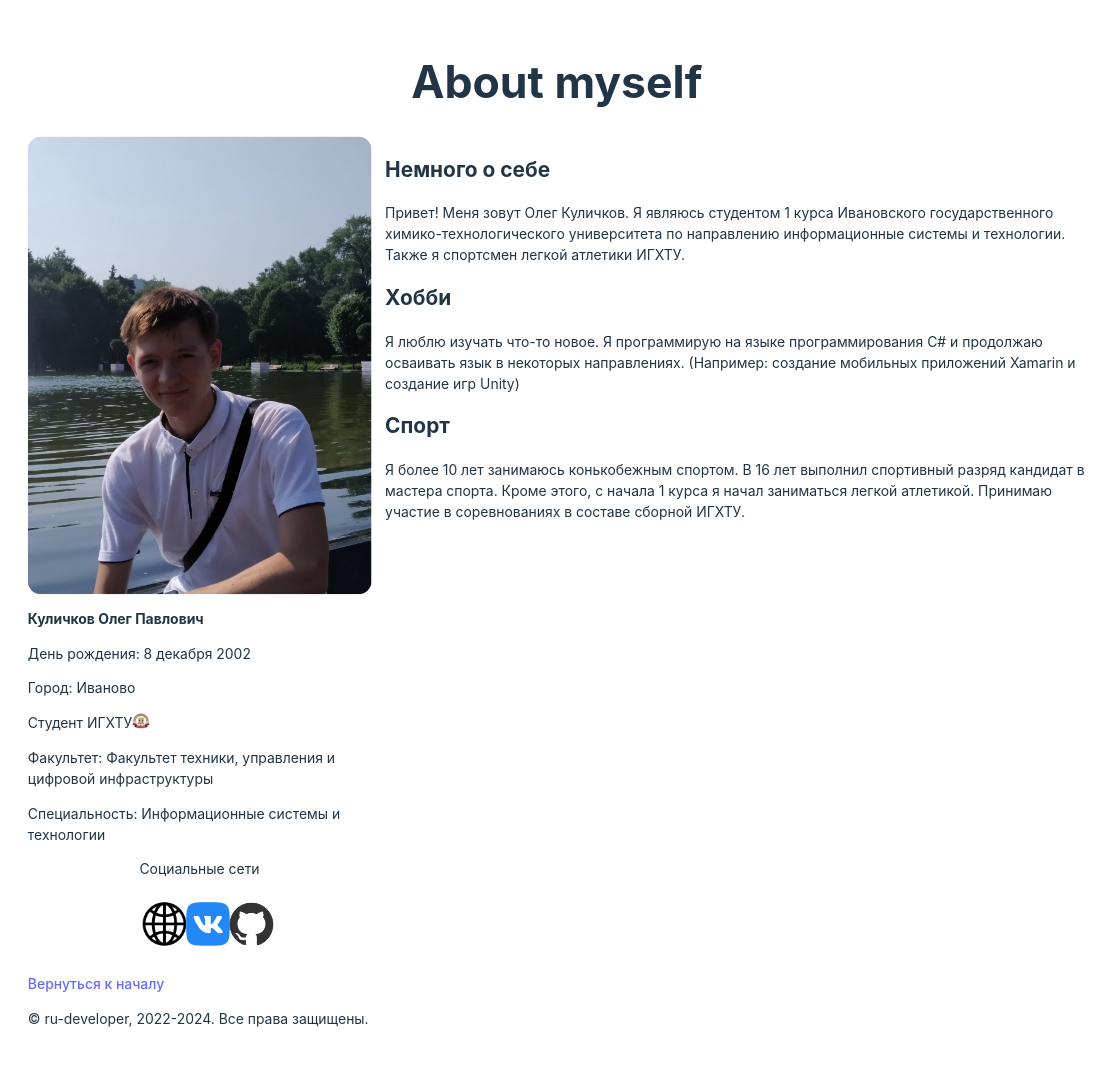
Repository: HubOl01/my_profile
Page: /
An editor plug-in stored every save of this project. The page is shown before and after the next save, followed by the edit.
The browser window is 1280 px wide. The pictures show the whole page, at 87% of full size.
The project was rebuilt for these pictures with package versions that can differ from the ones it lists, and the page was loaded fresh each time. Also part of the build but not shown: vite.config.ts.

Above is the page before, as saved 2024-03-06 08:44:35.

### src/App.tsx
import { Grid } from '@mui/material'
import './App.css'
import Common from './components/center/Common'
import Footer from './components/footer/Footer'
import Header from './components/header/Header'
import LeftBar from './components/left/LeftBar'


function App() {

  return (
    <>
      <Header />
      <Grid container spacing={2}>
        <Grid item xs={4}>
          <LeftBar />
        </Grid>
        <Grid item xs>
          <Common />
        </Grid>
      </Grid>
      <Footer />
    </>
  )
}

export default App

### src/App.css
#root {
  max-width: 1280px;
  margin: 0 auto;
  padding: 2rem;
  /* text-align: center; */
}
.logo:hover {
  filter: drop-shadow(0 0 2em #646cffaa);
}
.logo.react:hover {
  filter: drop-shadow(0 0 2em #61dafbaa);
}

@keyframes logo-spin {
  from {
    transform: rotate(0deg);
  }
  to {
    transform: rotate(360deg);
  }
}

@media (prefers-reduced-motion: no-preference) {
  a:nth-of-type(2) .logo {
    animation: logo-spin infinite 20s linear;
  }
}

.card {
  padding: 2em;
}

.read-the-docs {
  color: #888;
}

### src/components/center/Common.tsx
import React from 'react'

export default function Common() {
  return (
    <div className="Text">
      <h2>Немного о себе</h2>
      <p>
        Привет! Меня зовут Олег Куличков. Я являюсь студентом 1 курса
        Ивановского государственного химико-технологического университета по
        направлению информационные системы и технологии. Также я спортсмен
        легкой атлетики ИГХТУ.
      </p>
      <h2>Хобби</h2>
      <p>
        Я люблю изучать что-то новое. Я программирую на языке программирования
        C# и продолжаю осваивать язык в некоторых направлениях. (Например:
        создание мобильных приложений Xamarin и создание игр Unity)
      </p>
      <h2>Спорт</h2>
      <p>
        Я более 10 лет занимаюсь конькобежным спортом. В 16 лет выполнил
        спортивный разряд кандидат в мастера спорта. Кроме этого, с начала 1
        курса я начал заниматься легкой атлетикой. Принимаю участие в
        соревнованиях в составе сборной ИГХТУ.
      </p>
    </div>
  )
}

### src/components/footer/Footer.tsx
import React from 'react'

export default function Footer() {
  return (
    <footer className="text-muted">
    <div className="container">
      <p className="float-right">
        <a href="#">Вернуться к началу</a>
      </p>
      <p className="footer-text">© ru-developer, 2022-{(new Date()).getFullYear()}. Все права защищены.</p>
    </div>
  </footer>
  )
}

### src/components/header/Header.tsx
import './Header.style.scss'

export default function Header() {
  return (
    <header>
      <div>
        <h1>About myself</h1>
      </div>
    </header>
  )
}

### src/components/left/LeftBar.tsx
import './LeftBar.style.scss'
import about from '../../assets/images/About.jpg'
import isuct from '../../assets/images/isuct.png'
import web from '../../assets/images/web.png'
import vk from '../../assets/images/vk.png'
import github from '../../assets/images/GitHub.png'

const LeftBar = () => {
  return (
    <>
      <div>
        <a title="Куличков Олег" href="https://vk.com/oleg01f">
          <img
            alt="about"
            src={about}
            style={{
              borderRadius: '15px',
              display: 'flex',
              width: "100%",
            }}
            data-holder-rendered="true"
          />
        </a>
        <div>
          <p>
            <b>Куличков Олег Павлович</b>
          </p>
          <p>
            <span >День рождения:</span> 8 декабря 2002
          </p>
          <p>
            <span className="text-format">Город:</span> Иваново
          </p>
          <p>
            Студент ИГХТУ
            <img
              className="isuct"
              alt="ISUCT"
              src={isuct}
              width={20}
            // data-holder-rendered="true"
            />
          </p>
          <p>
            <span className="text-format">Факультет:</span> Факультет техники,
            управления и цифровой инфраструктуры
          </p>
          <p>
            <span className="text-format">Специальность:</span> Информационные
            системы и технологии
          </p>
          <p style={{
            "textAlign": "center"
          }}>
            <span className="text-format" >Социальные сети</span>
          </p>
          <div className="websites" style={{
            // "textAlign": "center",
            // "display": "inline-flex",
            "justifyContent": "center",
            display: 'flex',
            width: "100%",
            padding: "10px"
          }}>
            <div className="web1">
              <a
                href="mailto:kuloleg54@gmail.com?subject=Вопрос от подписчика"
                title="Email"
              >
                <img
                  className="img-icon"
                  alt="Email"
                  src={web}
                  width={40}
                />
              </a>
            </div>
            <div className="web2">
              <a href="https://vk.com/oleg01f" title="Vk">
                <img
                  className="img-icon"
                  alt="Vk"
                  src={vk}
                  width={20}
                />
              </a>
            </div>
            <div className="web3">
              <a href="https://github.com/HubOl01" title="GitHub">
                <img
                  className="img-icon"
                  alt="GitHub"
                  src={github}
                  width={20}
                />
              </a>
            </div>
          </div>
        </div>
      </div>
    </>
  )
}

export default LeftBar

### src/components/left/LeftBar.style.scss
.img-icon{
    width: 50px;
    height: 50px;
}
div{
    display: "flex";
}

Loaded but not shown: index.html (common file); src/main.tsx (common file); src/index.css (common file); src/components/header/Header.style.scss (common file)

After the next save:
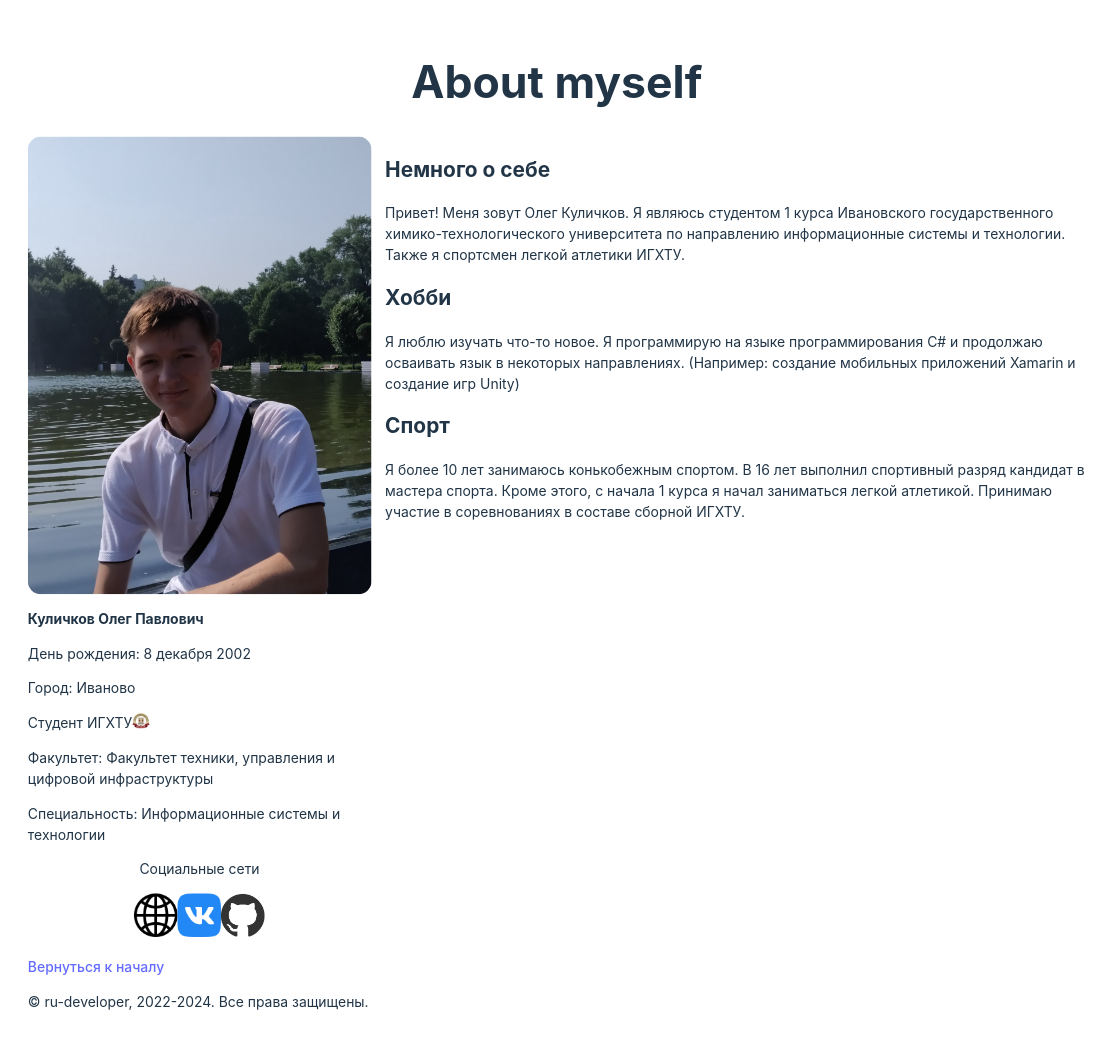
Saved 10 s later.
--- a/src/components/left/LeftBar.tsx
+++ b/src/components/left/LeftBar.tsx
@@ -60,7 +60,7 @@ const LeftBar = () => {
             "justifyContent": "center",
             display: 'flex',
             width: "100%",
-            padding: "10px"
+            // padding: "10px"
           }}>
             <div className="web1">
               <a
